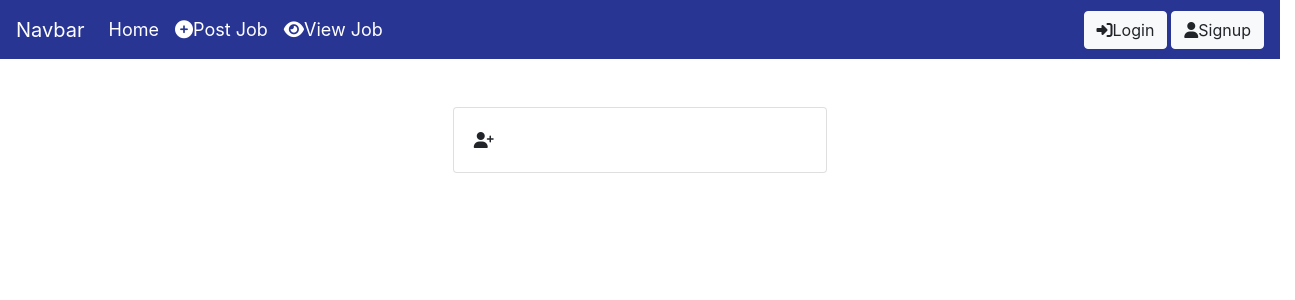
Repository: Pankaj08072001/Adv_Java
Page: http://localhost/06_Job_portal_Project/login.jsp
An editor plug-in stored every save of this project. The page is shown before and after the next save, followed by the edit.
The browser window is 1280 px wide. The page is 1295 px wide, so the pictures cover 1295 px, including what lies to the right of the window. The pictures show the whole page.
Some web libraries are served in a nearby version. The page is served by Tomcat 9.

Above is the page before, as saved 2025-03-13 19:25:22.

After the next save:
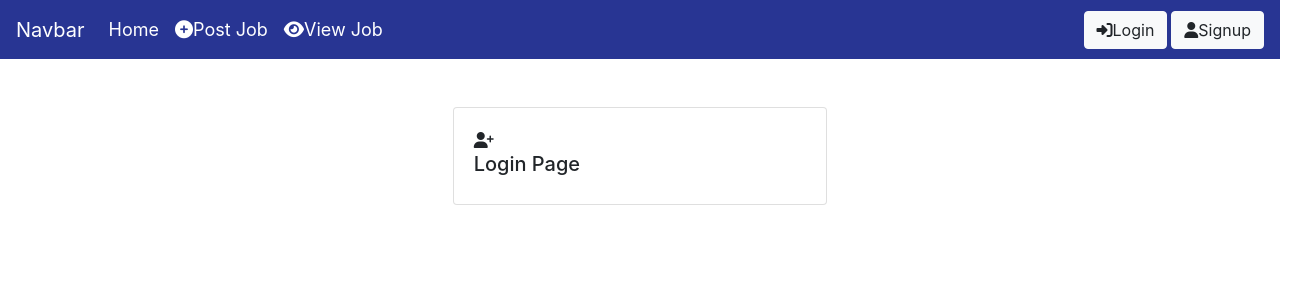
Saved 56 s later.
--- a/06_Job_portal_Project/src/main/webapp/login.jsp
+++ b/06_Job_portal_Project/src/main/webapp/login.jsp
@@ -16,6 +16,7 @@
 					<div class="card-body">
 						<div class="test-center">
 							<i class="fa fa-user-plus fa-2px" aria-hidden="true"></i>
+							<h5>Login Page</h5>
 						</div>
 					</div>
 				</div>
